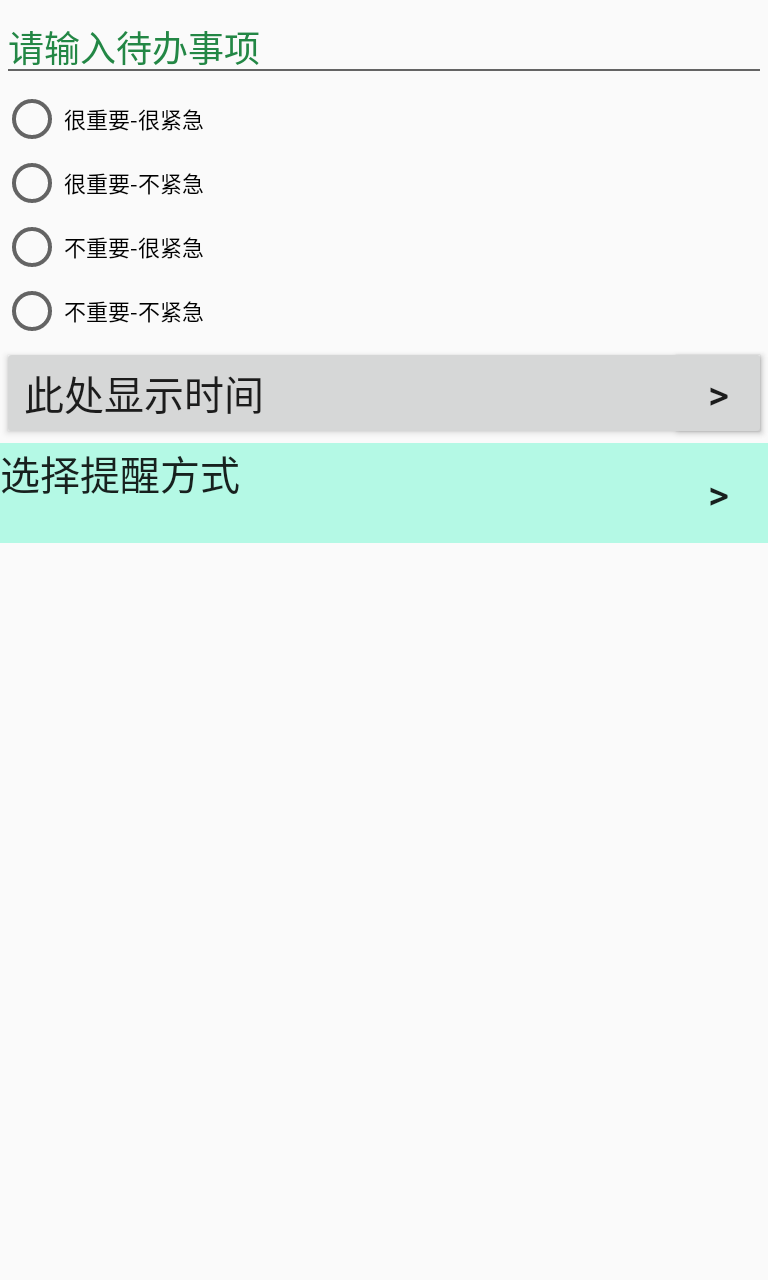
Repository: sh-zh-en/NBTodo
Layout: nbtodo/NBTodo/res/layout/addition_task_layout.xml
The author's editor kept a copy of each file at every save. The layout is drawn from the files as they stood at one save, then again after the next save.
It is drawn on a 768 x 1280 px phone screen (xhdpi) without system bars, with theme AppTheme; the app's code is not run.

Above is the layout before, as saved 2015-03-12 03:21:29.

After the next save:
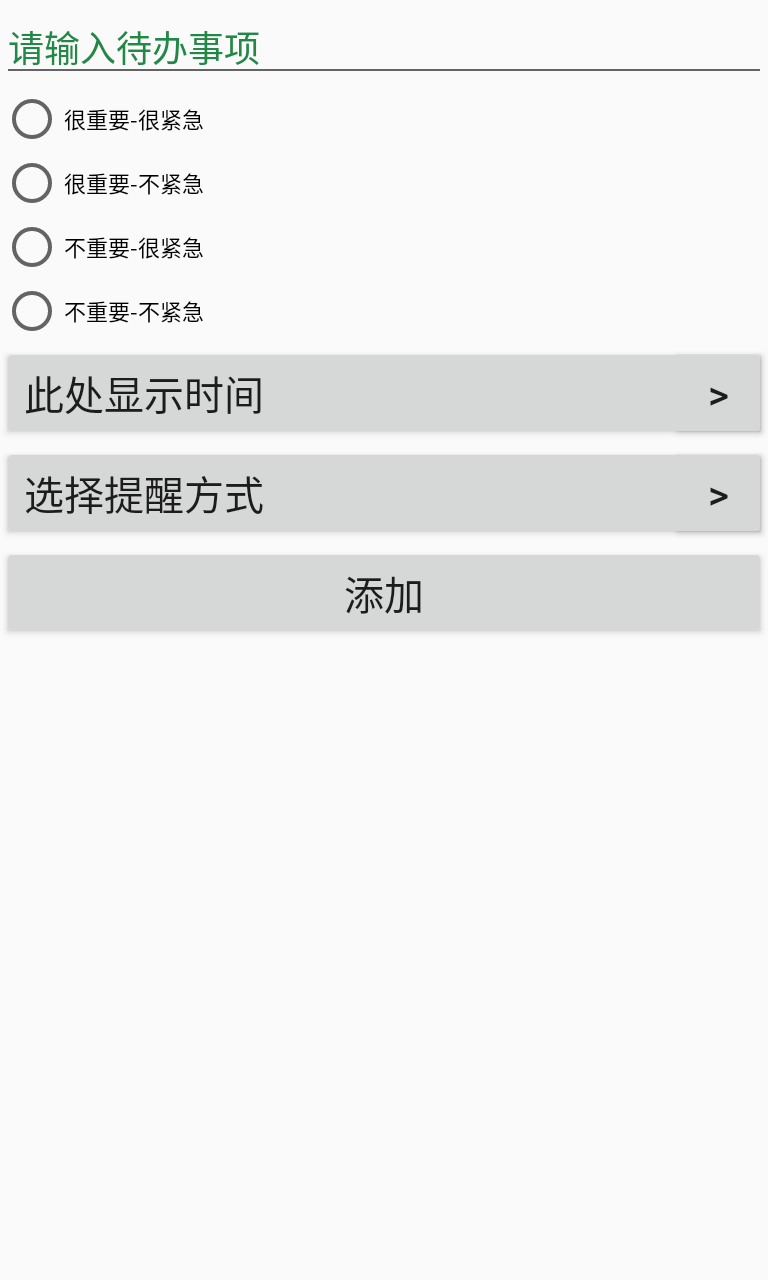
Saved 107 s later.
--- a/nbtodo/NBTodo/res/layout/addition_task_layout.xml
+++ b/nbtodo/NBTodo/res/layout/addition_task_layout.xml
@@ -96,19 +96,22 @@
 		    android:layout_height="50dp"
 		    android:text="@string/warningchoose"
 		    android:textSize="20sp"
-		    android:gravity="start"
-		    android:background="#b4f9e5"/>
+		    android:gravity="start"/>
 		<Button
 		    android:id="@+id/setchoose"
 		    android:layout_width="50dp"
 		    android:layout_height="50dp"
 		    android:layout_gravity="end"
 		    android:text="@string/edit"
-		    android:textSize="20sp"
-		    android:background="#b4f9e5"/>
-
+		    android:textSize="20sp"/>
 
 	    </FrameLayout>
-
+	<Button
+		android:id="@+id/add"
+		android:layout_width="match_parent"
+		android:layout_height="wrap_content"
+		android:layout_gravity="end"
+		android:text="@string/add"
+		android:textSize="20sp"/>
 
 </LinearLayout>
